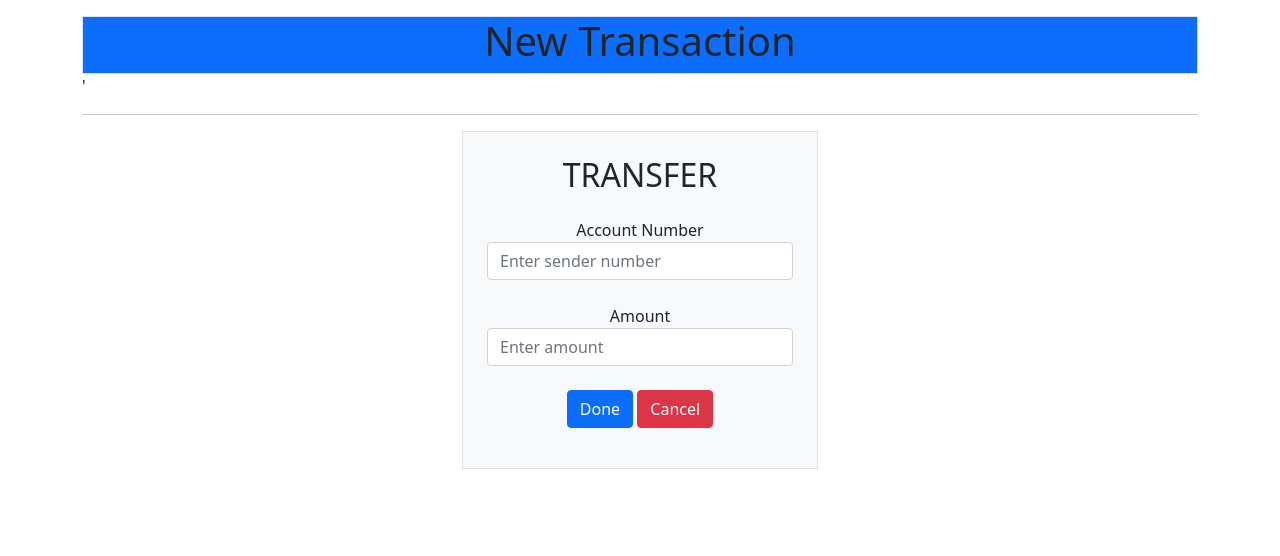
Repository: RMVLajaykumar/monojavaee
Page: http://localhost/13-bankapplication-demo/transaction.jsp
These files come from the project's save history. The page is drawn as it stood at one moment and after the next save; the edit follows.
The browser window is 1280 px wide. The pictures show the whole page.
The page is served by Tomcat 9. Nobody is signed in. The application's start-up code is not run. Other server files are loaded and not shown.

Above is the page before, as saved 2024-07-20 19:08:04.

### 13-bankapplication-demo/WebContent/transaction.jsp
<%@ page language="java" contentType="text/html; charset=ISO-8859-1"
    pageEncoding="ISO-8859-1"%>
<%@ taglib uri="http://java.sun.com/jsp/jstl/core" prefix="c"%>
<%@ taglib uri="http://java.sun.com/jsp/jstl/functions" prefix="fn"%>
<link href="https://cdn.jsdelivr.net/npm/bootstrap@5.0.2/dist/css/bootstrap.min.css" rel="stylesheet"
  integrity="sha384-EVSTQN3/azprG1Anm3QDgpJLIm9Nao0Yz1ztcQTwFspd3yD65VohhpuuCOmLASjC" crossorigin="anonymous">
<script src="https://cdn.jsdelivr.net/npm/bootstrap@5.0.2/dist/js/bootstrap.bundle.min.js"
  integrity="sha384-MrcW6ZMFYlzcLA8Nl+NtUVF0sA7MsXsP1UyJoMp4YLEuNSfAP+JcXn/tWtIaxVXM" crossorigin="anonymous"></script>
<!DOCTYPE html>
<html>
<head>
<meta charset="ISO-8859-1">
<title>Insert title here</title>
</head>
<body>
  <div class="container mt-3">
    <div class="row justify-content-center">
      <div class="col-12">
        <div class=" border bg-primary text-center">
          <h1>New Transaction</h1>


        </div>
      </div>
    </div>'
    <hr />
    <div class="row justify-content-center mt-3">
      <div class="col-lg-4">
        <div class="p-4 border bg-light text-center">
          <h2 class="mb-4">TRANSFER</h2> <!-- Added margin-bottom for more space -->
          <form action="user" method="get">
            <input type="hidden" name="UserController" value="newTransaction">
            <div class="form-group mb-4"> <!-- Added margin-bottom for more space -->
              <label for="account_number">Account Number</label>
              <input type="text" class="form-control" id="account_number" name="receiver_account_number" placeholder="Enter sender number" >
            </div>
            <div class="form-group mb-4"> <!-- Added margin-bottom for more space -->
              <label for="transaction_amount">Amount</label>
              <input type="text" class="form-control" id="transaction_amount" placeholder="Enter amount" name="transaction_amount">
            </div>
            <div class="form-group mt-4"> <!-- Added margin-top for more space -->
              <button type="submit" class="btn btn-primary mr-2">Done</button>
              <button type="reset" class="btn btn-danger">Cancel</button>
            </div>
          </form>
        </div>
      </div>
    </div>
  </div>
</body>
</html>

After the next save:
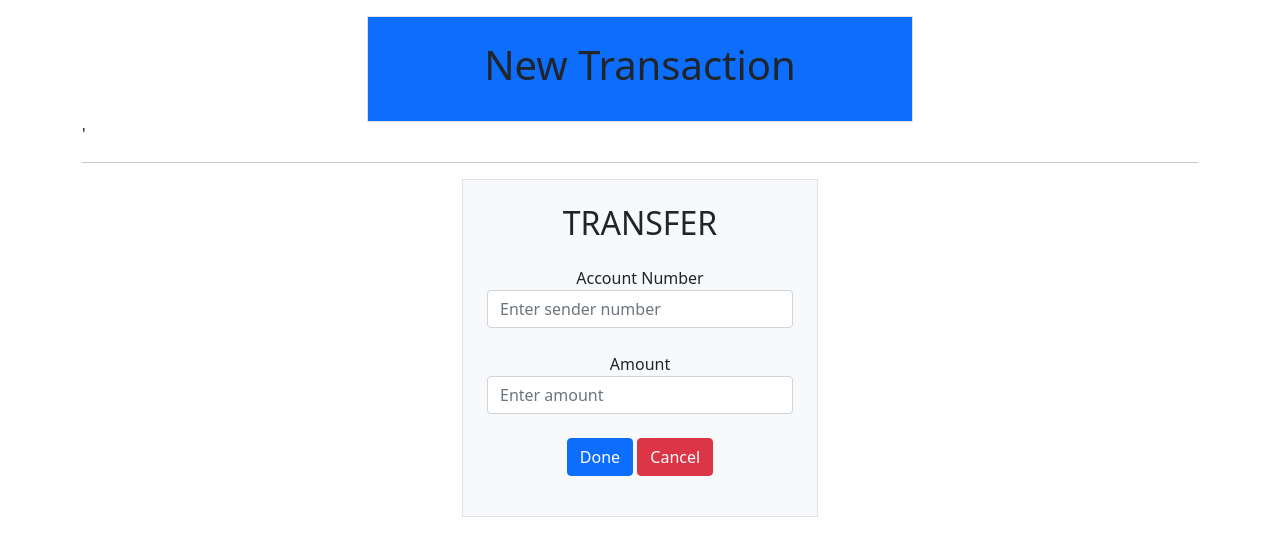
Saved 24 s later.
--- a/13-bankapplication-demo/WebContent/transaction.jsp
+++ b/13-bankapplication-demo/WebContent/transaction.jsp
@@ -15,8 +15,8 @@
 <body>
   <div class="container mt-3">
     <div class="row justify-content-center">
-      <div class="col-12">
-        <div class=" border bg-primary text-center">
+      <div class="col-6">
+        <div class="p-4 border bg-primary text-center">
           <h1>New Transaction</h1>
 
 
